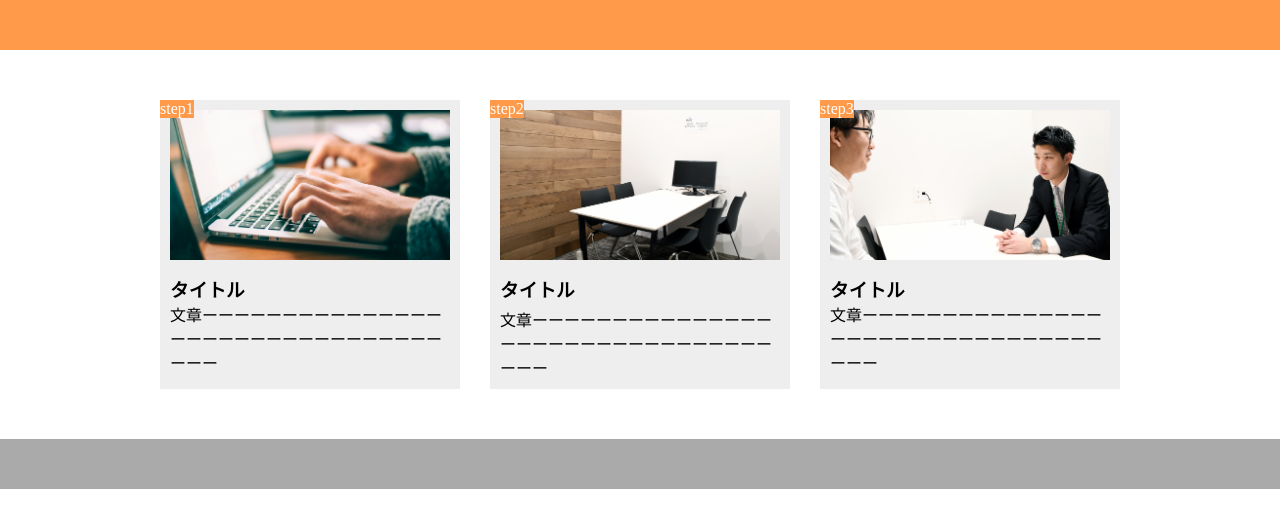
Repository: yuu3176/theme1
Page: 1-9-2/1-9-2.html
The author's editor kept a record of every edit. The page is drawn from the files as they stood at one moment, then again after the next edit.
The browser window is 1280 px wide. The pictures show the whole page.

Above is the page before.

### 1-9-2/1-9-2.html
<!DOCTYPE html>
<html lang="ja">
  <head>
    <meta charset="utf-8">
    <link rel="stylesheet" href="1-9-2.css">
    <title>1-9-2</title>
  </head>

  <body>
    <header></header>
    <main>
      <div class="box">
        <div class="box-step">
          <p>step1</p>
        </div>
        <div class="box-image1"></div>
        <section class="box-text">
          <h3>タイトル</h3>
          <p>文章ーーーーーーーーーーーーーーーーーーーーーーーーーーーーーーーーーーー</p>
        </section>
      </div>
      <div class="box">
        <div class="box-step">
          <p>step2</p>
        </div>
        <div class="box-image2"></div>
        <section class="box-text">
          <h3>タイトル</h3>
        </section>
          <p>文章ーーーーーーーーーーーーーーーーーーーーーーーーーーーーーーーーーーー</p>
      </div>
      <div class="box">
        <div class="box-step">
          <p>step3</p>
        </div>
        <div class="box-image3"></div>
        <section class="box-text">
          <h3>タイトル</h3>
          <p>文章ーーーーーーーーーーーーーーーーーーーーーーーーーーーーーーーーーーー</p>
        </section>
      </div>
    </main>
    <footer></footer>
  </body>
</html>

### 1-9-2/1-9-2.css
*{
  margin: 0;
  padding: 0;
  box-sizing: border-box;
}

header{
  height: 50px;
  background-color: #ff9a4b;
}

main{
  width: 960px;
  margin: 50px auto;
  display: flex;
}

.box{
  width: 300px;
  margin-right: 30px;
  padding: 10px;
  position: relative;
  background-color: #eeeeee;
}

.box:last-child{
  margin-right: 0;
}

.box-step{
  position: absolute;
  top: 0;
  left: 0;
  background-color: #ff9a4b;
  color: #fff;
}

.box-image1{
  height: 150px;
  background-image: url(img/flow01.png);
  background-position: bottom;
  background-size: cover;
}

.box-image2{
  height: 150px;
  background-image: url(img/flow02.png);
  background-position: bottom;
  background-size: cover;
}

.box-image3{
  height: 150px;
  background-image: url(img/flow03.png);
  background-position: bottom;
  background-size: cover;
}

.box-text{
  margin: 15px 0 5px;
}

footer{
  height: 50px;
  background-color: #aaaaaa;
}

@media screen and (max-width:768px){
  header{
    width: 100%;
  }

  main{
    width: 100%;
    margin: 50px auto;
    display: block;
  }

  .box{
    width: 90%;
    margin-bottom: 20px;
    margin-left: 5%;
    margin-right: 5%;
  }

  .box:last-child{
    margin-bottom: 0;
  }

  .box-image1 .box-image2 .box-image3{
    height: 150px;
  }

  footer{
    width: 100%;
  }

After the next edit:
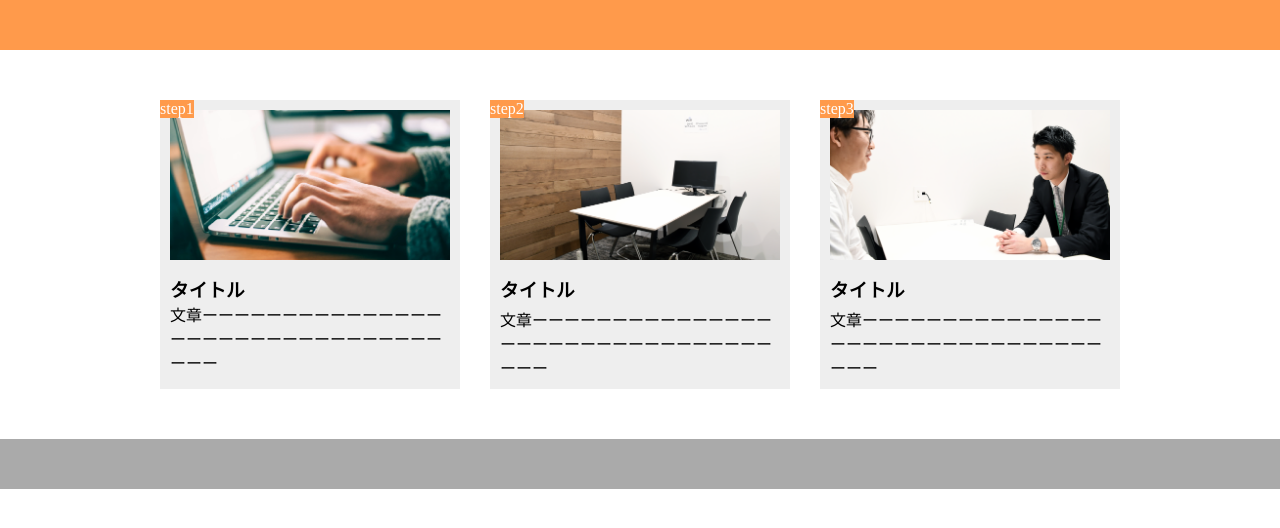
The edit:
--- a/1-9-2/1-9-2.html
+++ b/1-9-2/1-9-2.html
@@ -36,8 +36,8 @@
         <div class="box-image3"></div>
         <section class="box-text">
           <h3>タイトル</h3>
+          </section>
           <p>文章ーーーーーーーーーーーーーーーーーーーーーーーーーーーーーーーーーーー</p>
-        </section>
       </div>
     </main>
     <footer></footer>
